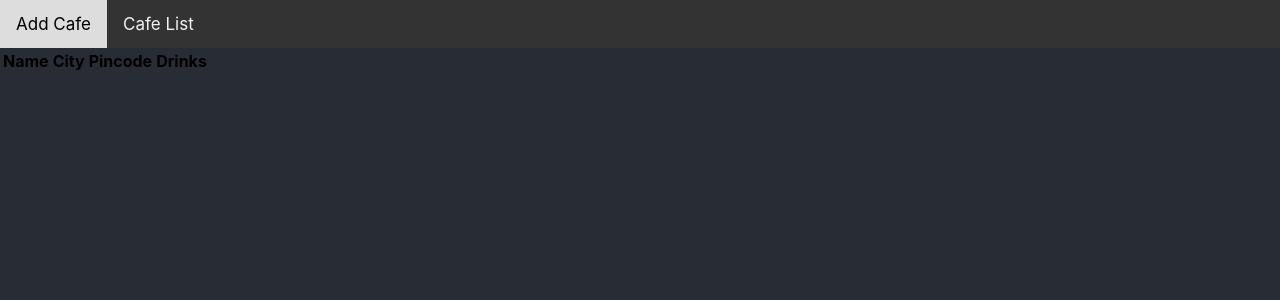
Repository: Surojd/project-cafe
Page: /cafes
The author's editor kept a copy of each file at every save. The page is drawn from the files as they stood at one save, then again after the next save.
The browser window is 1280 px wide. The pictures show the whole page.
The page's requests for data from a server got no answer. The project was rebuilt for these pictures with package versions that can differ from the ones it lists, and the page was loaded fresh each time. No one was signed in, and anything a server would have sent is missing. Also part of the build but not shown: src/cafe/AddCafe.js.

Above is the page before, as saved 2021-09-01 13:31:15.

### src/index.js
import React from 'react';
import ReactDOM from 'react-dom';
import './index.css';
import App from './App';
import reportWebVitals from './reportWebVitals';

import { BrowserRouter as Router } from 'react-router-dom';
ReactDOM.render(
  <React.StrictMode>
    <Router>
      <App />
    </Router>
  </React.StrictMode>,
  document.getElementById('root')
);

// If you want to start measuring performance in your app, pass a function
// to log results (for example: reportWebVitals(console.log))
// or send to an analytics endpoint. Learn more: https://bit.ly/CRA-vitals
reportWebVitals();

### src/index.css
body {
  background-color: #282c34;
  margin: 0;
  font-family: -apple-system, BlinkMacSystemFont, 'Segoe UI', 'Roboto', 'Oxygen',
    'Ubuntu', 'Cantarell', 'Fira Sans', 'Droid Sans', 'Helvetica Neue',
    sans-serif;
  -webkit-font-smoothing: antialiased;
  -moz-osx-font-smoothing: grayscale;
}

code {
  font-family: source-code-pro, Menlo, Monaco, Consolas, 'Courier New',
    monospace;
}

a{
  text-decoration: none;
}

### src/App.js
import { Link, Redirect, Route, Switch } from 'react-router-dom';
import './App.css';
import { AddCafe, CafeList } from './cafe';

const routes = [
  { path: '/add-cafe', component: AddCafe },
  { path: '/cafes', component: CafeList },
];
function App() {
  return (
    <div className="App">
      <header className="topnav">
        <Link  to="/add-cafe">Add Cafe</Link>
        <Link  to="/cafes">Cafe List</Link>
      </header>
      <container>
        <Switch>
          <div>
            {
              routes.map(item => {
                return <Route  {...item} />
              })
            }
          </div>
        </Switch>
      </container>
    </div>
  );
}

export default App;

### src/App.css
/* Add a black background color to the top navigation */
.topnav {
  background-color: #333;
  overflow: hidden;
}

/* Style the links inside the navigation bar */
.topnav a {
  float: left;
  display: block;
  color: #f2f2f2;
  text-align: center;
  padding: 14px 16px;
  text-decoration: none;
  font-size: 17px;
}

/* Change the color of links on hover */
.topnav a:hover {
  background-color: #ddd;
  color: black;
}

/* Add an active class to highlight the current page */
.topnav a.active {
  background-color: #04AA6D;
  color: white;
}

/* Hide the link that should open and close the topnav on small screens */
.topnav .icon {
  display: none;
}



input[type=text], select, textarea {
  width: 100%;
  padding: 12px;
  border: 1px solid #ccc;
  border-radius: 4px;
  box-sizing: border-box;
  margin-top: 6px;
  margin-bottom: 16px;
  resize: vertical;
}

input[type=submit] {
  background-color: #04AA6D;
  color: white;
  padding: 12px 20px;
  border: none;
  border-radius: 4px;
  cursor: pointer;
}

input[type=submit]:hover {
  background-color: #45a049;
}

.container {
  border-radius: 5px;
  background-color: #f2f2f2;
  padding: 20px;
}

### src/cafe/index.js

export { default as AddCafe } from './AddCafe';
export { default as CafeList } from './CafeList';

### src/cafe/CafeList.js
import { collection, onSnapshot, query } from "firebase/firestore";
import React, { useEffect, useState } from 'react';
import firestore from './firebase';

export default function CafeList() {
  const [list, setList] = useState([]);
  useEffect(() => {
    const q = query(collection(firestore, "cafes"));
    const list = [];
    const unsubscribe = onSnapshot(q, { includeMetadataChanges: true }, (querySnapshot) => {
      querySnapshot.docChanges().forEach((change) => {
        const item = change.doc;
        list.push({ id: item.id, ...item.data() })
      });

      setList(list)
    });
    return unsubscribe;
  }, []);
  return (<table>
    <thead>
      <tr>
        <th>Name</th>
        <th>City</th>
        <th>Pincode</th>
        <th>Drinks</th>
      </tr>
    </thead>
    {
      list.map(({ id, name, city, pincode, drinks }, index) => {
        return (
          <tr key={`data-${id}`}>
            <td>{name}</td>
            <td>{city}</td>
            <td>{pincode}</td>
            <td>{drinks}</td>
          </tr>
        )
      })
    }
  </table>);
}

### src/cafe/firebase.js
import { initializeApp } from 'firebase/app'
import { enableIndexedDbPersistence, initializeFirestore, CACHE_SIZE_UNLIMITED } from 'firebase/firestore'
import { getAnalytics } from "firebase/analytics";


const firebaseApp = initializeApp({
  apiKey: "AIzaSyBF1CMLc0WfG_majkcPFVm9eU-DCqGW9BM",
  authDomain: "project-cafe-d8aca.firebaseapp.com",
  projectId: "project-cafe-d8aca",
  storageBucket: "project-cafe-d8aca.appspot.com",
  messagingSenderId: "531282317018",
  appId: "1:531282317018:web:25d8fc0f088be0c68d5fe3",
  measurementId: "G-GNS7C6HN2Y"
});
const firestore = initializeFirestore(firebaseApp, {
  cacheSizeBytes: CACHE_SIZE_UNLIMITED
});

enableIndexedDbPersistence(firestore)
  .catch((err) => {
    if (err.code === 'failed-precondition') {
      console.log('Multiple tabs open, persistence can only be enabled in one tab at a a time.');
    } else if (err.code === 'unimplemented') {
      console.log('The current browser does not support all of the features required to enable persistence.');
    }
  });
export default firestore;
const analytics = getAnalytics(firebaseApp);

Loaded but not shown: public/index.html (common file); src/reportWebVitals.js (common file)

After the next save:
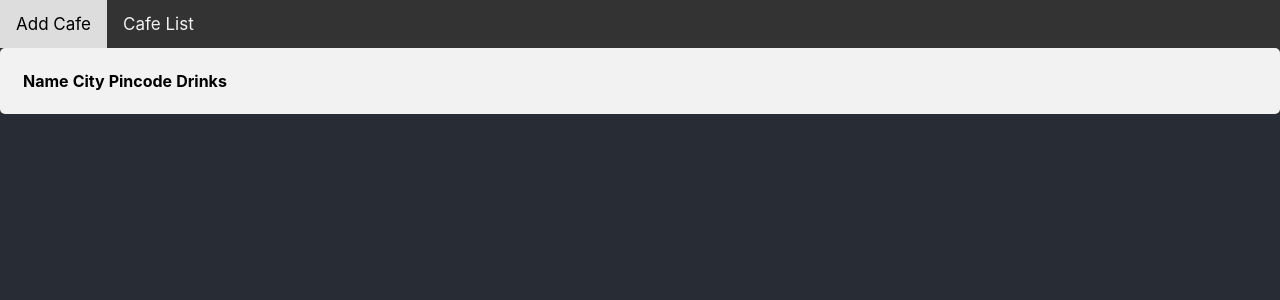
Saved 18 s later.
--- a/src/App.js
+++ b/src/App.js
@@ -10,10 +10,10 @@ function App() {
   return (
     <div className="App">
       <header className="topnav">
-        <Link  to="/add-cafe">Add Cafe</Link>
-        <Link  to="/cafes">Cafe List</Link>
+        <Link to="/add-cafe">Add Cafe</Link>
+        <Link to="/cafes">Cafe List</Link>
       </header>
-      <container>
+      <div class="container">
         <Switch>
           <div>
             {
@@ -23,7 +23,7 @@ function App() {
             }
           </div>
         </Switch>
-      </container>
+      </div>
     </div>
   );
 }

After the save that followed:
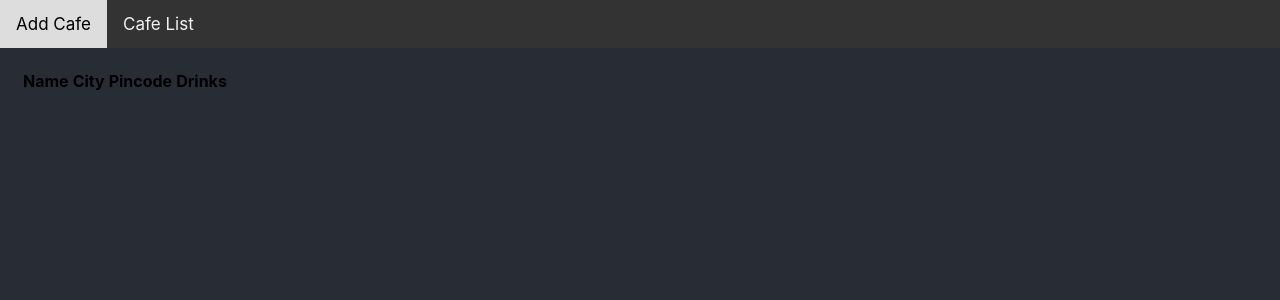
Saved 54 s later.
--- a/src/App.css
+++ b/src/App.css
@@ -60,6 +60,5 @@ input[type=submit]:hover {
 
 .container {
   border-radius: 5px;
-  background-color: #f2f2f2;
   padding: 20px;
 }
